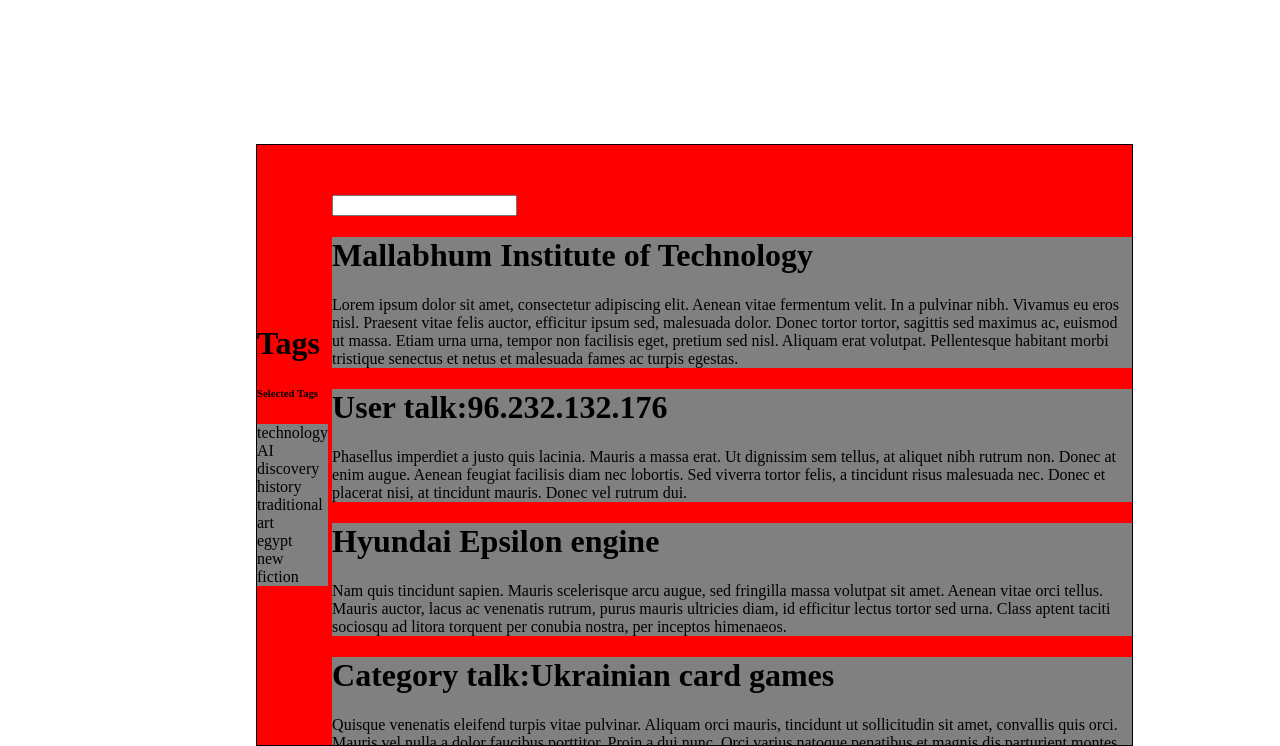
Repository: KelaiAffaf/bridger
Page: /
An editor plug-in stored every save of this project. The page is shown before and after the next save, followed by the edit.
The browser window is 1280 px wide. The pictures show the whole page.
The project was rebuilt for these pictures with package versions that can differ from the ones it lists, and the page was loaded fresh each time. Also part of the build but not shown: vite.config.js.

Above is the page before, as saved 2023-06-08 11:21:56.

### src/App.jsx
// eslint-disable-next-line no-unused-vars
import React, { useState } from "react";
import { data } from "./NewComponents/data.js";
import Tag from "./NewComponents/Tag";
import InfoBox from "./NewComponents/InfoBox";

function App() {


  const [value, setValue] = useState("");

  const getTags = (data) => {
    const tagsArray = [];

    data.forEach((user) => {
      user.tags.forEach((tag) => {
        if (!tagsArray.includes(tag)) {
          tagsArray.push(tag);
        }
      });
    });

    return tagsArray;
  };

  const uniqueTags = getTags(data);

  return (
    <div
    style={{
      display: "flex",
      alignItems: "center",
      // justifyContent: "space-between",
      // width: "600px",
      gap:4,
      height: "600px",
      border: "1px solid black",
      backgroundColor: "red",
      overflow: "hidden",
      position: "absolute",
      top: "20%",
      left: "20%",
    }}
      >
      <div>
        <h1>Tags</h1>
        <h6>Selected Tags</h6>
        <Tag tags={uniqueTags} />
      </div>

      <div
      style={{
        height: "500px",
        backgroundColor:"red"
      }}
      >
        <input onChange={(e) => setValue(e.target.value)} />
        {data &&
          data.map((user) => (
            <div key={user.id}>
              {(user.title.includes(value) ||
                user.content.includes(value)) && (
                <InfoBox title={user.title} body={user.content} />
              )}
            </div>
          ))}
      </div>
    </div>
  );
}

export default App;

### src/NewComponents/data.js
// articles
export const  data = [
    {
        "id": 1,
        "title": "Mallabhum Institute of Technology",
        "content": "Lorem ipsum dolor sit amet, consectetur adipiscing elit. Aenean vitae fermentum velit. In a pulvinar nibh. Vivamus eu eros nisl. Praesent vitae felis auctor, efficitur ipsum sed, malesuada dolor. Donec tortor tortor, sagittis sed maximus ac, euismod ut massa. Etiam urna urna, tempor non facilisis eget, pretium sed nisl. Aliquam erat volutpat. Pellentesque habitant morbi tristique senectus et netus et malesuada fames ac turpis egestas.",
        "tags": ["technology", "AI", "discovery"]
    },
    {
        "id": 2,
        "title": "User talk:96.232.132.176",
        "content": "Phasellus imperdiet a justo quis lacinia. Mauris a massa erat. Ut dignissim sem tellus, at aliquet nibh rutrum non. Donec at enim augue. Aenean feugiat facilisis diam nec lobortis. Sed viverra tortor felis, a tincidunt risus malesuada nec. Donec et placerat nisi, at tincidunt mauris. Donec vel rutrum dui.",
        "tags": ["history","technology", "traditional"]
    },
    {
        "id": 3,
        "title": "Hyundai Epsilon engine",
        "content": "Nam quis tincidunt sapien. Mauris scelerisque arcu augue, sed fringilla massa volutpat sit amet. Aenean vitae orci tellus. Mauris auctor, lacus ac venenatis rutrum, purus mauris ultricies diam, id efficitur lectus tortor sed urna. Class aptent taciti sociosqu ad litora torquent per conubia nostra, per inceptos himenaeos.",
        "tags": ["art","egypt"]
    },
    {
        "id": 4,
        "title": "Category talk:Ukrainian card games",
        "content": "Quisque venenatis eleifend turpis vitae pulvinar. Aliquam orci mauris, tincidunt ut sollicitudin sit amet, convallis quis orci. Mauris vel nulla a dolor faucibus porttitor. Proin a dui nunc. Orci varius natoque penatibus et magnis dis parturient montes, nascetur ridiculus mus. Donec placerat dictum mauris. Vestibulum pharetra nisl sed eros dictum tristique. Praesent ac molestie neque. Fusce nec cursus leo, vel condimentum diam.",
        "tags": ["discovery","history"]
    },
    {
        "id": 5,
        "title": "Pellentesque non vulputate dolor",
        "content": "Fusce aliquam scelerisque lorem, a gravida ante efficitur eu. Duis ultricies leo scelerisque ante lacinia, ac viverra elit aliquam. Nullam at faucibus nisl. Nunc fringilla in urna sed suscipit. Integer in ipsum lectus. Pellentesque non vulputate dolor, vel scelerisque sapien. Nulla facilisi. Duis at sodales lacus. In hac habitasse platea dictumst.",
        "tags": ["new","fiction"]
    }
  ]

### src/NewComponents/Tag.jsx
import React from 'react'

function Tag({tags}) {
  return (
   <div>
    <div
    style={{
      borderRedius: '5px',
      backgroundColor: 'grey',
    }}
    >
      {tags && tags.map(ele=><div >{ele}</div>)
    }
    </div>
   </div>
  )
}

export default Tag

### src/NewComponents/InfoBox.jsx
import React from 'react'

function InfoBox({title,body}) {
  return (
    <div
    style={{
      backgroundColor: 'grey',
      width :"800px"
    }}
    >
        <h1>{title}</h1>
        <p>{body} </p>
    </div>
  )
}

export default InfoBox

Loaded but not shown: index.html (common file); src/main.jsx (common file)

After the next save:
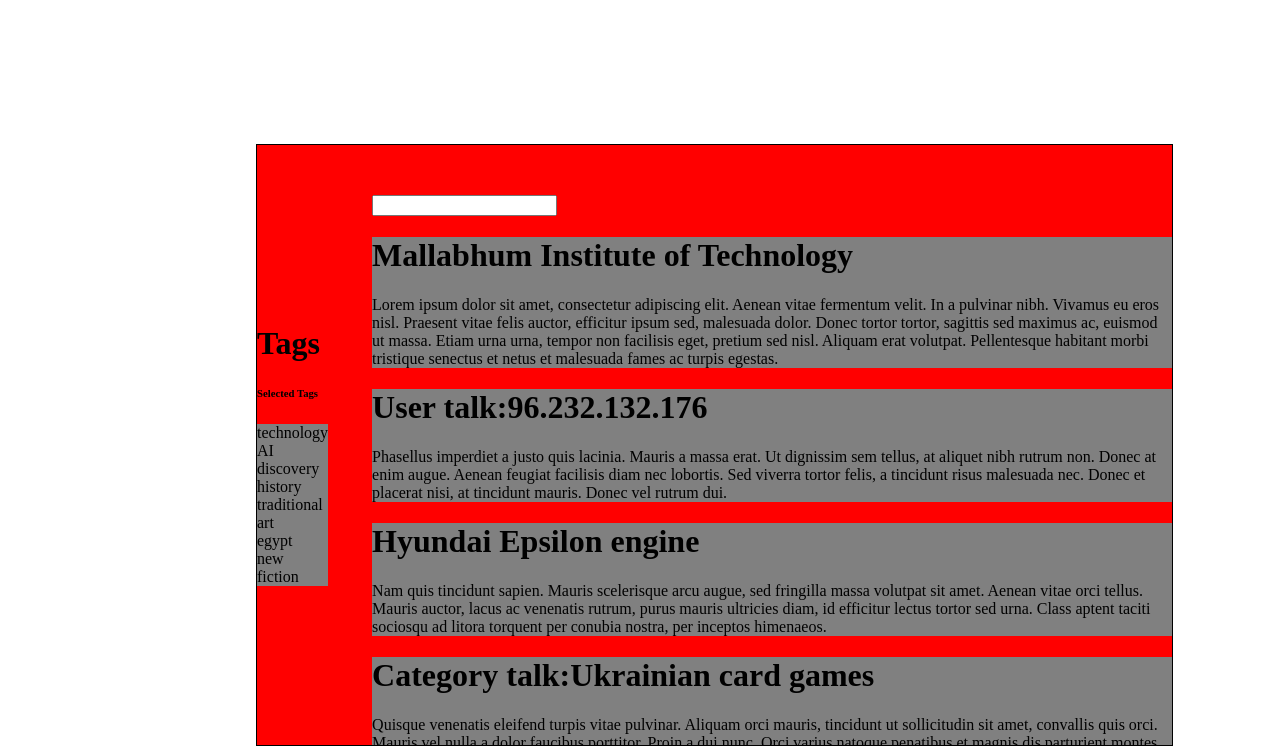
Saved 4 s later.
--- a/src/App.jsx
+++ b/src/App.jsx
@@ -32,7 +32,7 @@
       alignItems: "center",
       // justifyContent: "space-between",
       // width: "600px",
-      gap:4,
+      gap:44,
       height: "600px",
       border: "1px solid black",
       backgroundColor: "red",
